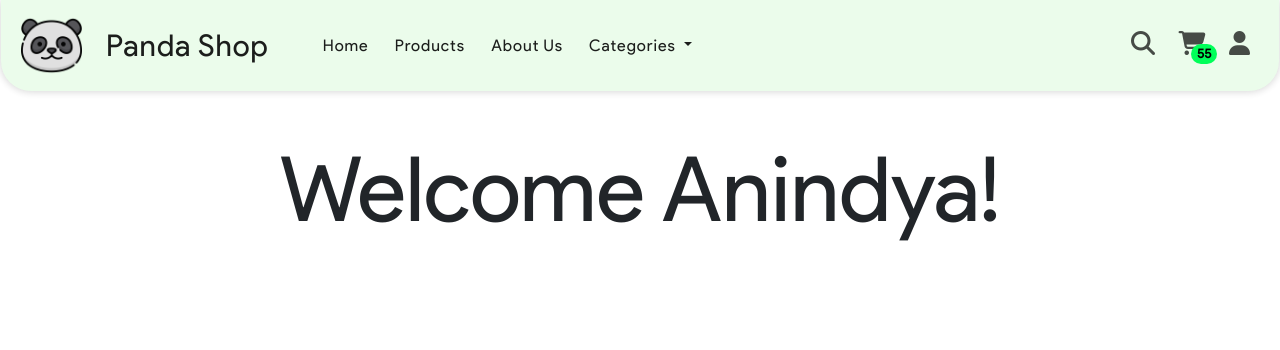
Repository: Anindyait/Panda-web-project
Page: Project1/src/main/webapp/profile.html
These files come from the project's save history. The page is drawn as it stood at one moment and after the next save; the edit follows.
The browser window is 1280 px wide. The pictures show the whole page.
Some web fonts or font styles are not loaded; a fallback is used. Some web libraries are served in a nearby version.

Above is the page before, as saved 2022-12-25 16:56:37.

After the next save:
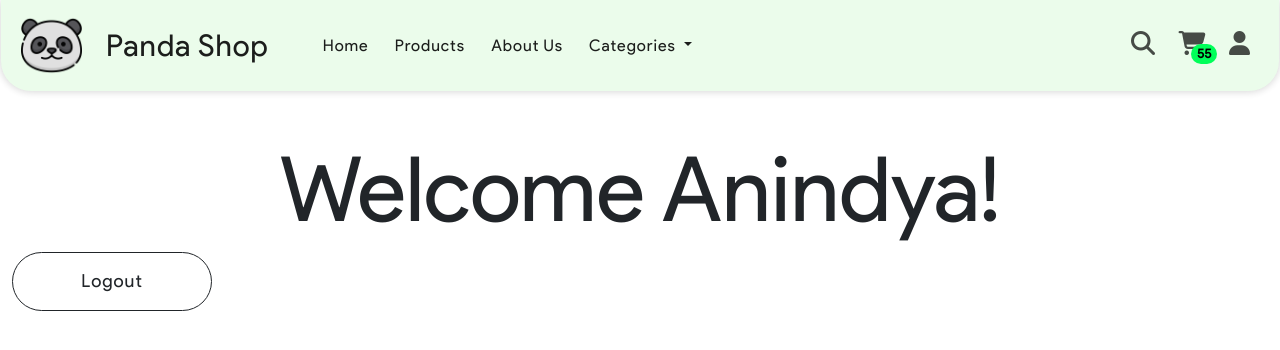
Saved 2 h 26 min later.
--- a/Project1/src/main/webapp/profile.html
+++ b/Project1/src/main/webapp/profile.html
@@ -13,7 +13,7 @@
 		});
 	</script>
 	<meta name="viewport" content="width=device-width, initial-scale=1">
-    <title>About us</title>
+    <title>Profile</title>
     <link rel="icon" href="Pics/panda.png">
 
     <link href="https://cdn.jsdelivr.net/npm/bootstrap@5.2.3/dist/css/bootstrap.min.css" rel="stylesheet" integrity="sha384-rbsA2VBKQhggwzxH7pPCaAqO46MgnOM80zW1RWuH61DGLwZJEdK2Kadq2F9CUG65" crossorigin="anonymous">
@@ -32,6 +32,10 @@
 			   <div class="header-adjustment"></div>
                 <br>
                <h1 class="profile-heading">Welcome Anindya!</h1>
+
+			   <a href="Logout">
+				<div type="sub" class="btn btn-outline-dark form-submit">Logout</div>
+			</a>
 		</div>
 	</div>
 </body>
